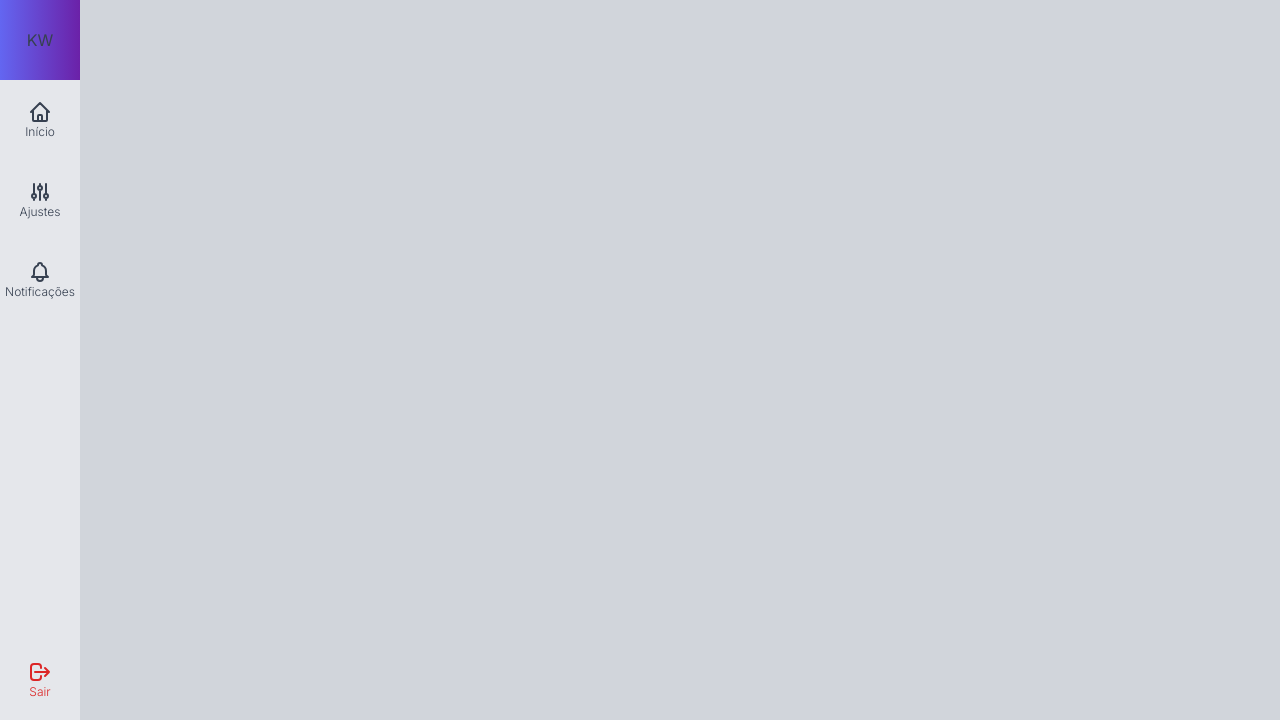
Repository: KennedyWanderson/AdminDashboard
Page: / (app in Code/admindashboard/)
An editor plug-in stored every save of this project. The page is shown before and after the next save, followed by the edit.
The browser window is 1280 px wide. The pictures show the whole page.
The project was rebuilt for these pictures with package versions that can differ from the ones it lists, and the page was loaded fresh each time. The framework's server and built-in components were replaced by stand-ins that run in the browser. Also part of the build but not shown: Code/admindashboard/next.config.mjs.

Above is the page before, as saved 2024-06-16 14:34:50.

After the next save:
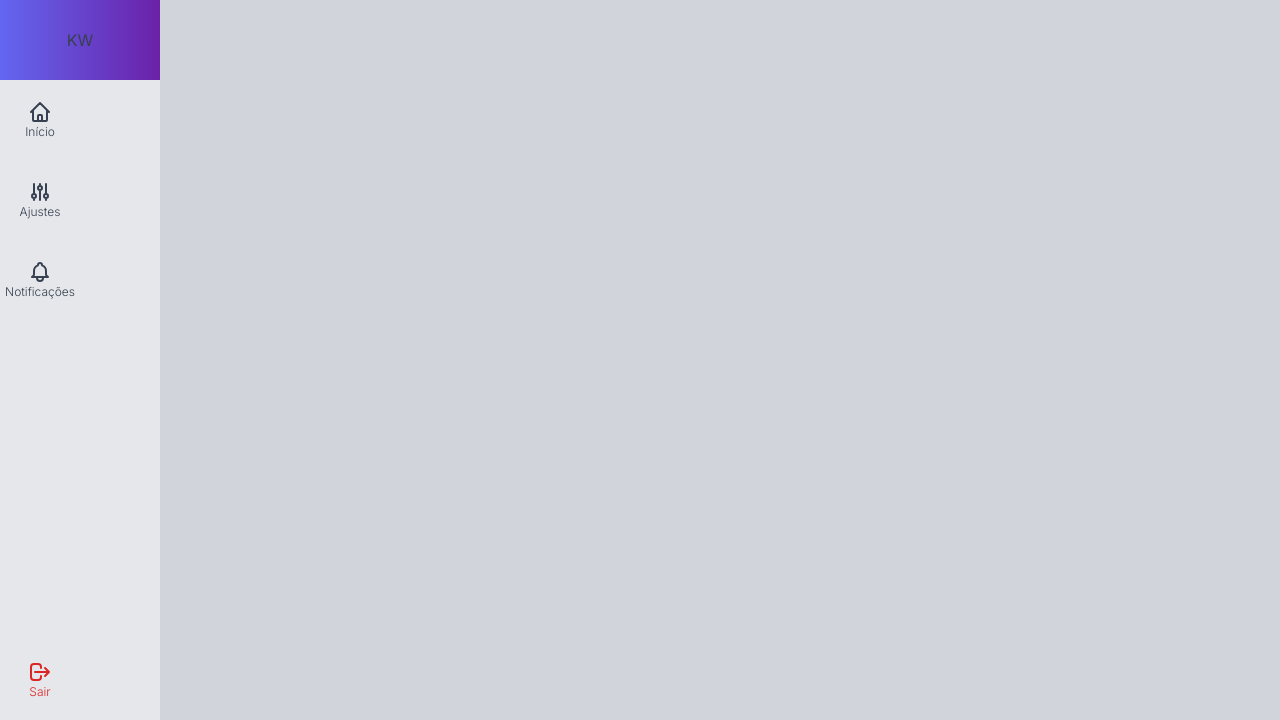
Saved 35 s later.
--- a/Code/admindashboard/src/components/LateralMenu.jsx
+++ b/Code/admindashboard/src/components/LateralMenu.jsx
@@ -16,7 +16,7 @@
             <div className={`
                 flex flex-col items-center justify-center
                 bg-gradient-to-r from-indigo-500 to-purple-800
-                h-20 w-20
+                h-20 w-40
             `}>
                 KW
             </div>

After the save that followed:
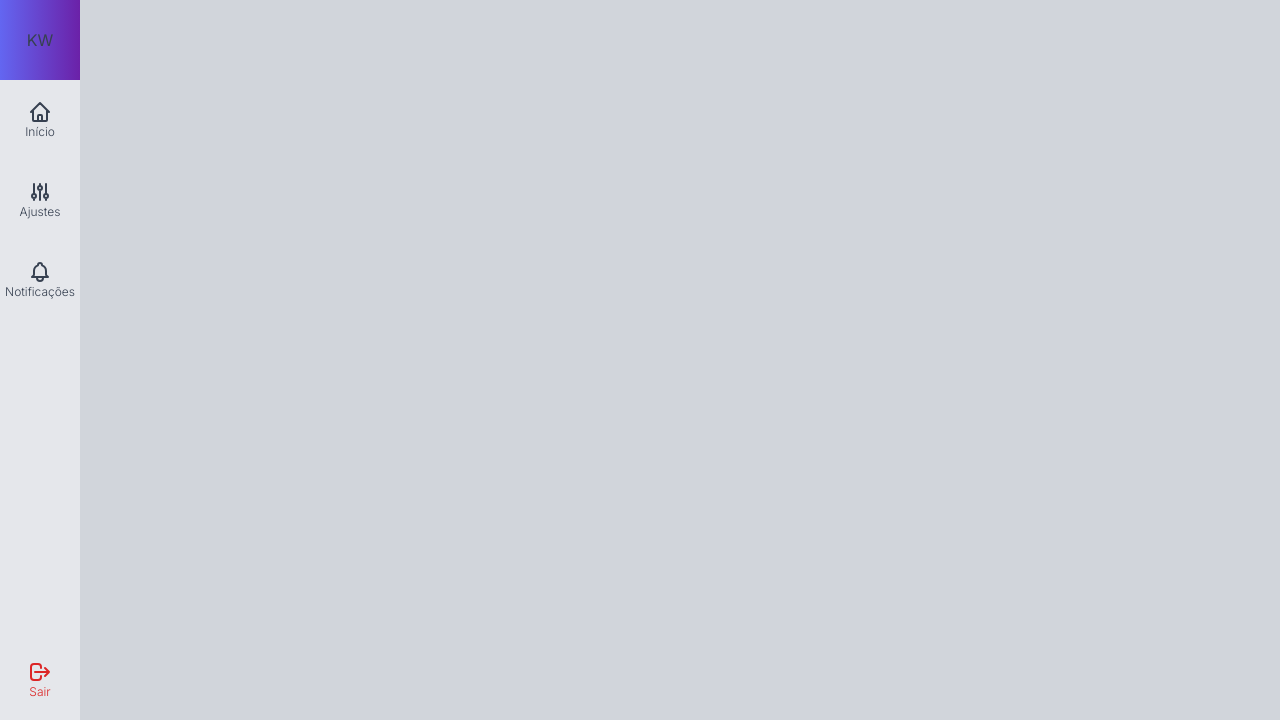
Saved 8 s later.
--- a/Code/admindashboard/src/components/LateralMenu.jsx
+++ b/Code/admindashboard/src/components/LateralMenu.jsx
@@ -16,7 +16,7 @@
             <div className={`
                 flex flex-col items-center justify-center
                 bg-gradient-to-r from-indigo-500 to-purple-800
-                h-20 w-40
+                h-20 w-20
             `}>
                 KW
             </div>
